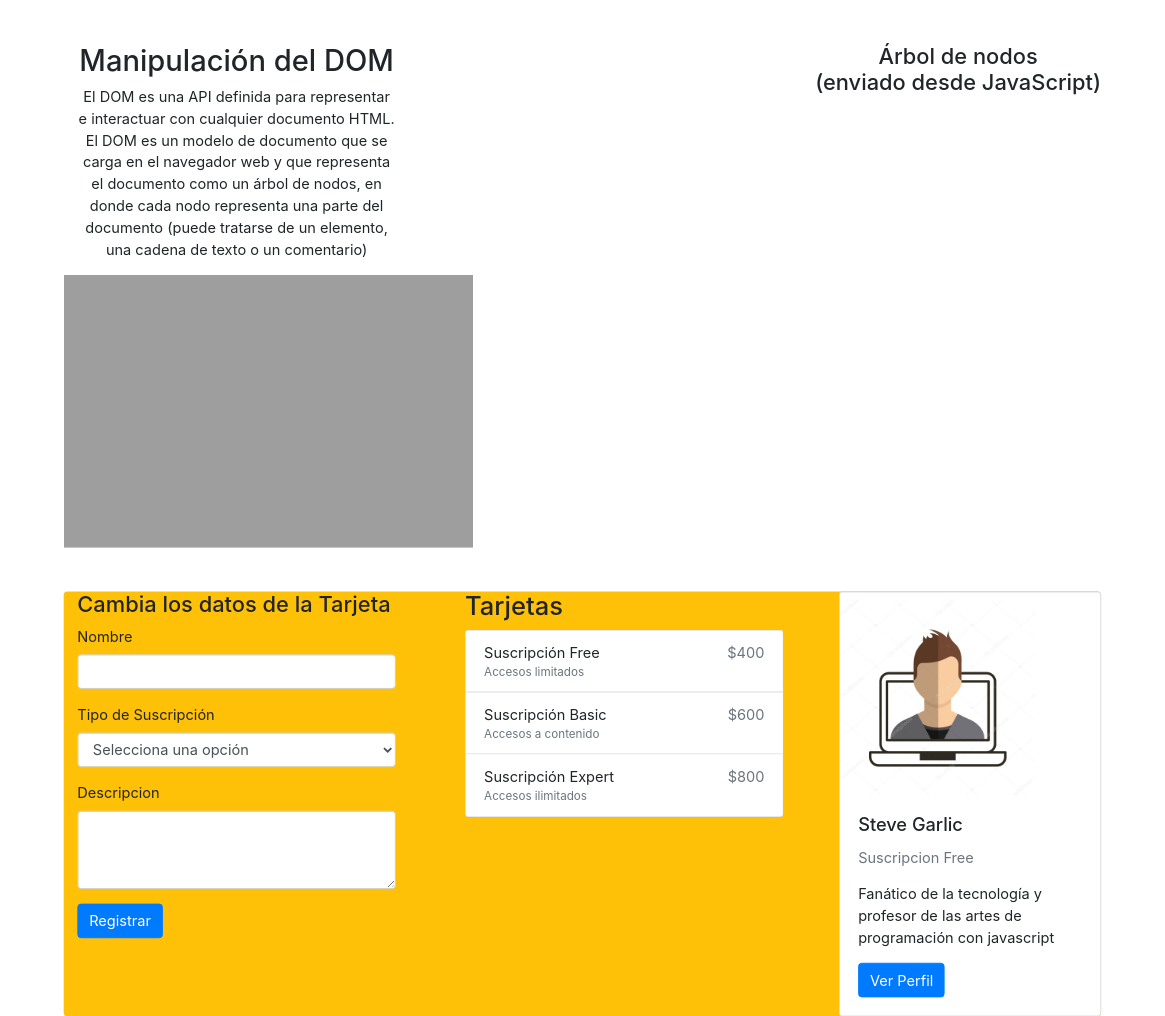
Repository: pedro-donoso/manipulacion-dom
Page: index.html
These files come from the project's save history. The page is drawn as it stood at one moment and after the next save; the edit follows.
The browser window is 1280 px wide. The pictures show the whole page, at 91% of full size.
Pictures or frames that could not be fetched are drawn as grey boxes.

Above is the page before, as saved 2024-02-06 14:35:20.

### index.html
<!doctype html>
<html lang="es">

<head>
    <!-- Required meta tags -->
    <meta charset="utf-8">
    <meta name="viewport" content="width=device-width, initial-scale=1, shrink-to-fit=no">

    <!-- Bootstrap CSS -->
    <link rel="stylesheet" href="https://cdn.jsdelivr.net/npm/bootstrap@4.3.1/dist/css/bootstrap.min.css"
        integrity="sha384-ggOyR0iXCbMQv3Xipma34MD+dH/1fQ784/j6cY/iJTQUOhcWr7x9JvoRxT2MZw1T" crossorigin="anonymous">

    <title>Manipulación del DOM</title>
</head>

<body>

    <main class="container">

        <!-- 1- AGREGO CLASE container PARA MANIPULAR ESTE PÁRRAFO -->
        <div class="row mt-5 text-center justify-content-between" id="contenedor">
            <div class="col-4 col-md-4">
                <h2>Manipulación del DOM</h2>
                <p class="text-center">
                    El DOM es una API definida para representar e interactuar con cualquier documento HTML.
                    El DOM es un modelo de documento que se carga en el navegador web y que representa el documento como
                    un árbol de
                    nodos, en donde cada nodo representa una parte del documento (puede tratarse de un elemento, una
                    cadena de texto o un comentario)
                </p>
            </div>
        </div>
        <div class="row justify-content-between bg-warning rounded mt-5">
            <div class="col-4 col-md-4">
                <h4>Cambia los datos de la Tarjeta</h4>
                <!-- 15- AGREGO id PARA ESCUCHAR EVENTO CLICK -->
                <form id="formulario">
                    <!-- 21- AGREGO ID DE CADA CAMPO -->
                    <label>Nombre</label>
                    <input type="text" class="form-control mb-3" id="nombre">
                    <label>Tipo de Suscripción</label>
                    <select id="suscripcion" class="form-control mb-3">
                        <option disabled selected>Selecciona una opción</option>
                        <option value="Suscripción Free">Suscripción Free</option>
                        <option value="Suscripción Basic">Suscripcion Basic</option>
                        <option value="Suscripción Expert">Suscripcion Expert</option>
                    </select>
                    <label>Descripcion</label>
                    <textarea rows="3" class="form-control mb-3" id="descripcion"></textarea>
                    <div>
                        <button class="btn btn-primary mb-3">Registrar</button>
                    </div>
                </form>
            </div>
            <div class="col-4 col-md-4">
                <h3>Tarjetas</h3>
                <div class="card">
                    <ul class="list-group list-group-flush">
                        <li class="list-group-item d-flex justify-content-between">
                            <div class="d-flex flex-column">
                                <span>Suscripción Free</span>
                                <small class="text-muted">Accesos limitados</small>
                            </div>
                            <div>
                                <span class="text-muted">$400</span>
                            </div>
                        </li>
                        <li class="list-group-item d-flex justify-content-between">
                            <div class="d-flex flex-column">
                                <span>Suscripción Basic</span>
                                <small class="text-muted">Accesos a contenido</small>
                            </div>
                            <div>
                                <span class="text-muted">$600</span>
                            </div>
                        </li>
                        <li class="list-group-item d-flex justify-content-between">
                            <div class="d-flex flex-column">
                                <span>Suscripción Expert</span>
                                <small class="text-muted">Accesos ilimitados</small>
                            </div>
                            <div>
                                <span class="text-muted">$800</span>
                            </div>
                        </li>
                    </ul>
                </div>
            </div>

            <!-- 8- AGREGO CARD -->
            <!-- 13- AGREGO ID PARA CAPTURAR CONTENEDOR -->
            <div class="row" id="contenedor_tarjeta">

            </div>

        </div>

    </main>

    <!-- Optional JavaScript -->
    <!-- jQuery first, then Popper.js, then Bootstrap JS -->
    <script src="https://code.jquery.com/jquery-3.3.1.slim.min.js"
        integrity="sha384-q8i/X+965DzO0rT7abK41JStQIAqVgRVzpbzo5smXKp4YfRvH+8abtTE1Pi6jizo"
        crossorigin="anonymous"></script>
    <script src="https://cdn.jsdelivr.net/npm/popper.js@1.14.7/dist/umd/popper.min.js"
        integrity="sha384-UO2eT0CpHqdSJQ6hJty5KVphtPhzWj9WO1clHTMGa3JDZwrnQq4sF86dIHNDz0W1"
        crossorigin="anonymous"></script>
    <script src="https://cdn.jsdelivr.net/npm/bootstrap@4.3.1/dist/js/bootstrap.min.js"
        integrity="sha384-JjSmVgyd0p3pXB1rRibZUAYoIIy6OrQ6VrjIEaFf/nJGzIxFDsf4x0xIM+B07jRM"
        crossorigin="anonymous"></script>

    <script src="./app.js"></script>
</body>

</html>

### app.js
// 2- CREO VARIABLE PARA MANIPULAR HTML
let contenedor = document.querySelector("#contenedor");

// 3- CREAR ELEMENTO SUBTITULO Y LE AGREGO PROPIEDADES
let subtitulo = document.createElement("h4");
subtitulo.innerText = "Árbol de nodos \n (enviado desde JavaScript)";

// 4- OBTENER EL CUERPO DEL DOCUMENTO
let body = document.body;

// 5- AGREGAR EL NUEVO ELEMENTO AL CUERPO DEL DOCUMENTO
body.appendChild(subtitulo);

// 6- AGREGO IMAGEN
let imagen = document.createElement("img");
imagen.src =
  "https://www.freecodecamp.org/news/content/images/2021/09/Document.jpg";
imagen.width = "450";
imagen.height = "300";
imagen.alt = "árbol de nodos";

// 7- AGREGO ELEMENTOS AL CONTENEDOR
contenedor.append(subtitulo, imagen);

// 13- AGREGO CONSTRUCTOR
const autor = {
  nombre: "Steve Garlic",
  suscripcion: "Suscripcion Free",
  descripcion:
    "Fanático de la tecnología y profesor de las artes de programación con javascript",
  imagen: "./img/icono.jpg"
};

// 19- Agrego const crearTarjeta y agrego todas las funciones del código
const crearTarjeta = () => {
  // 25- CREO DOCUMENTO VACIO
  document.querySelector("#contenedor_tarjeta").innerHTML = "";

  // 9- CREO ESTRUCTURA DEL CODIGO
  let columnaTarjeta = document.createElement("div");
  columnaTarjeta.className = "col";

  // 10- CREO TEMPLATE STRING DEL CONTENIDO DE LA TARJETA AUTOR
  // 14- AGREGO DATOS DEL CONSTRUCTOR (13)
  // 17- CREO EVENTO onclick
  // 19- LLAMAR A eventoClick CON event
  let tarjetaAutor = ` <div class="card" style="width: 18rem;">
        <img class="card-img-top pt-2 w-75" src="${autor.imagen}" alt="Card image cap">
        <div class="card-body">
            <h5 class="card-title">${autor.nombre}</h5>
             <p class="text-muted">${autor.suscripcion}</p>
            <p class="card-text">${autor.descripcion}</p>

            <button class="btn btn-primary" onclick="eventoClick(event)">Ver Perfil</button>
        </div>
    </div>`;

  // 11- AGREGO TEMPLATE STRING A columnaTarjeta (HIJO)
  columnaTarjeta.innerHTML = tarjetaAutor;

  // 12- AGREGO columnaTarjeta AL CONTENEDOR (PADRE) MEDIANTE LA SELECCIÓN DEL ID #contenedor_tarjeta
  document.querySelector("#contenedor_tarjeta").append(columnaTarjeta);
};

// 16- Creo constante modificarAutor para agregarla al form en index.html, la función recibirá un evento
  const modificarAutor= (event) => {
    console.log(event);
    event.preventDefault();

    // 22- CAPTURO CAMPOS DEL FORMULARIO
    let nombre = document.querySelector("#nombre").value;
    let suscripcion = document.querySelector("#suscripcion").value;
     let descripcion = document.querySelector("#descripcion").value;

    // 23- LLAMO A LA CONSTANTE AUTOR
    autor.nombre = nombre;
    autor.suscripcion = suscripcion;
    autor.descripcion = descripcion;

    // 24- SE VUELVE A CREAR LA TARJETA CON LOS NUEVOS DATOS
    crearTarjeta();
  };


// 18- CAPTURO EVENTO CLIC DEL BOTON EN EL form MEDIANTE EL ID formulario
document.getElementById("formulario").addEventListener("submit",modificarAutor);

// 20- LLAMO A LA FUNCIÓN
crearTarjeta();

After the next save:
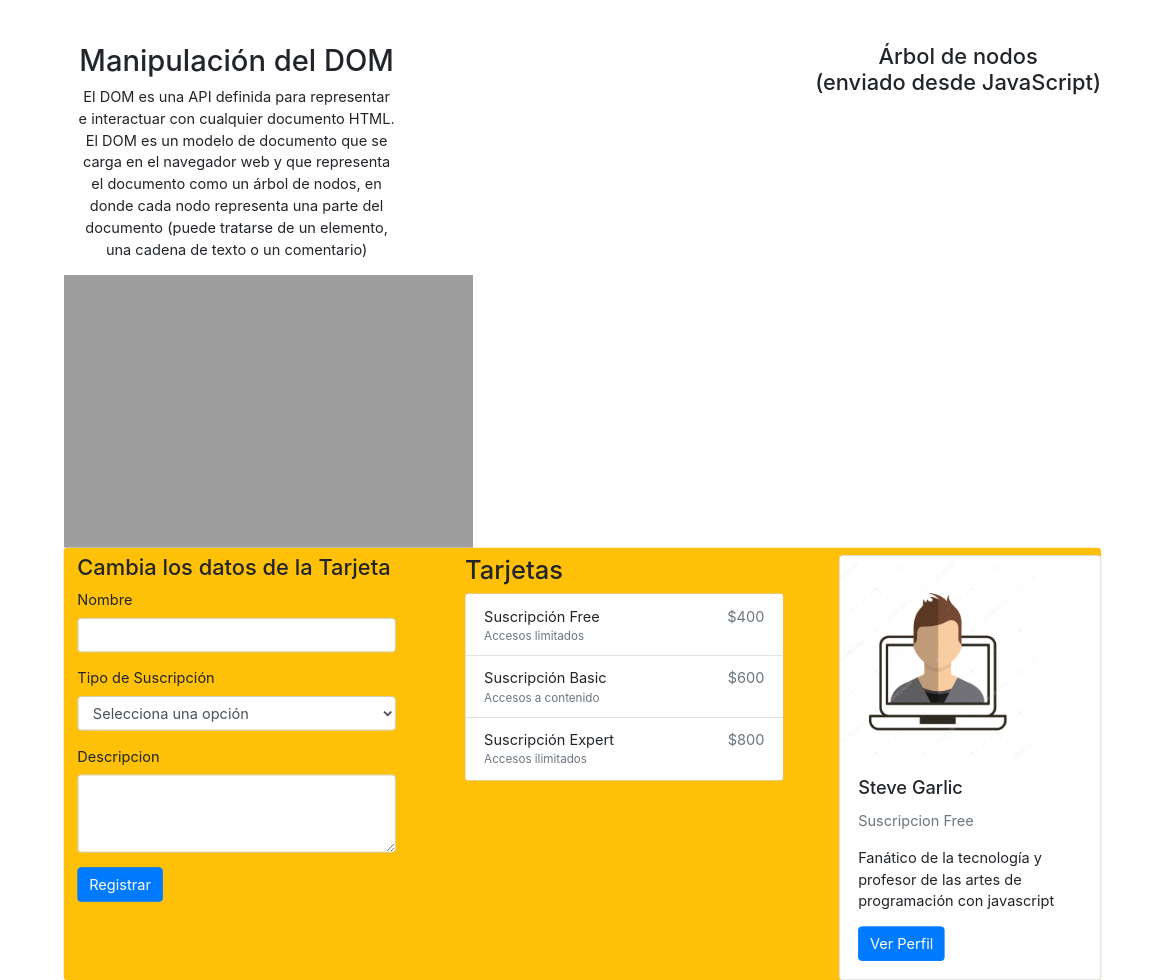
Saved 7 s later.
--- a/index.html
+++ b/index.html
@@ -30,7 +30,7 @@
                 </p>
             </div>
         </div>
-        <div class="row justify-content-between bg-warning rounded mt-5">
+        <div class="row justify-content-between bg-warning rounded pt-2">
             <div class="col-4 col-md-4">
                 <h4>Cambia los datos de la Tarjeta</h4>
                 <!-- 15- AGREGO id PARA ESCUCHAR EVENTO CLICK -->
